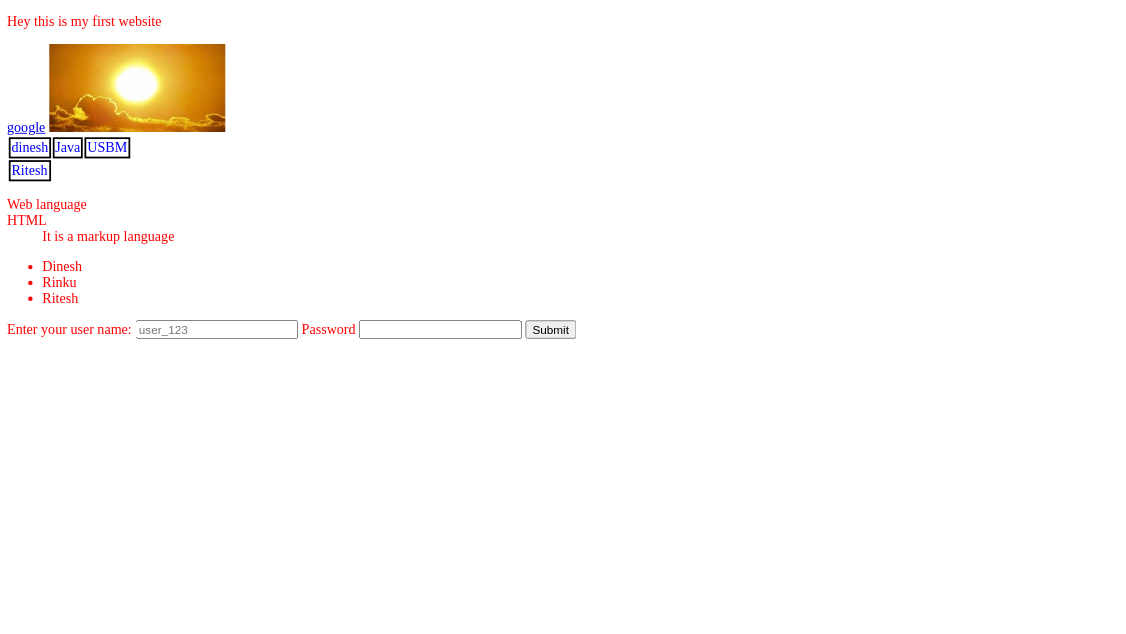
Repository: diensy/Web_dev
Page: First_class/index.html
The author's editor kept a copy of each file at every save. The page is drawn from the files as they stood at one save, then again after a run of saves.
The browser window is 1280 px wide. The pictures show the whole page, at 88% of full size.

Above is the page before, as saved 2024-05-16 20:17:29.

### First_class/index.html
<!DOCTYPE html>
<html lang="en">
  <head>
    <meta charset="UTF-8" />
    <meta name="viewport" content="width=device-width, initial-scale=1.0" />
    <title>First</title>
    <link rel="stylesheet" href="style.css" />
  </head>
  <body>
    <p>Hey this is my first website</p>
    <a target="_blank" href="https://www.google.com">google</a>
    <img
      src="data:[embedded picture, 5555 characters]"
      alt="Sun"
      width="200px"
      height="100px"
    />
    <table>
      <tr>
        <td>dinesh</td>
        <td>Java</td>
        <td>USBM</td>
      </tr>
      <tr>
        <td>Ritesh</td>
      </tr>
    </table>
    <dl>
      Web language
      <dt>HTML</dt>
      <dd>It is a markup language</dd>
    </dl>
    <header>
      <nav>
        <ul>
          <li>Dinesh</li>
          <li>Rinku</li>
          <li>Ritesh</li>
        </ul>
      </nav>
    </header>
    <form action="POST">
      <label for="username" autofocus>Enter your user name: </label>
      <input type="text" id="username" placeholder="user_123" maxlength="10" />
      <label for="pass">Password</label>
      <input type="text" required id="pass" />
      <input type="submit" id submit />
    </form>
    <script src="script.js"></script>
  </body>
</html>

### First_class/style.css
body {
  color: red;
}
td {
  border: solid black 2px;
  color: blue;
}

### First_class/script.js
alert("First WebDevelopment Course")

After the next 3 saves:
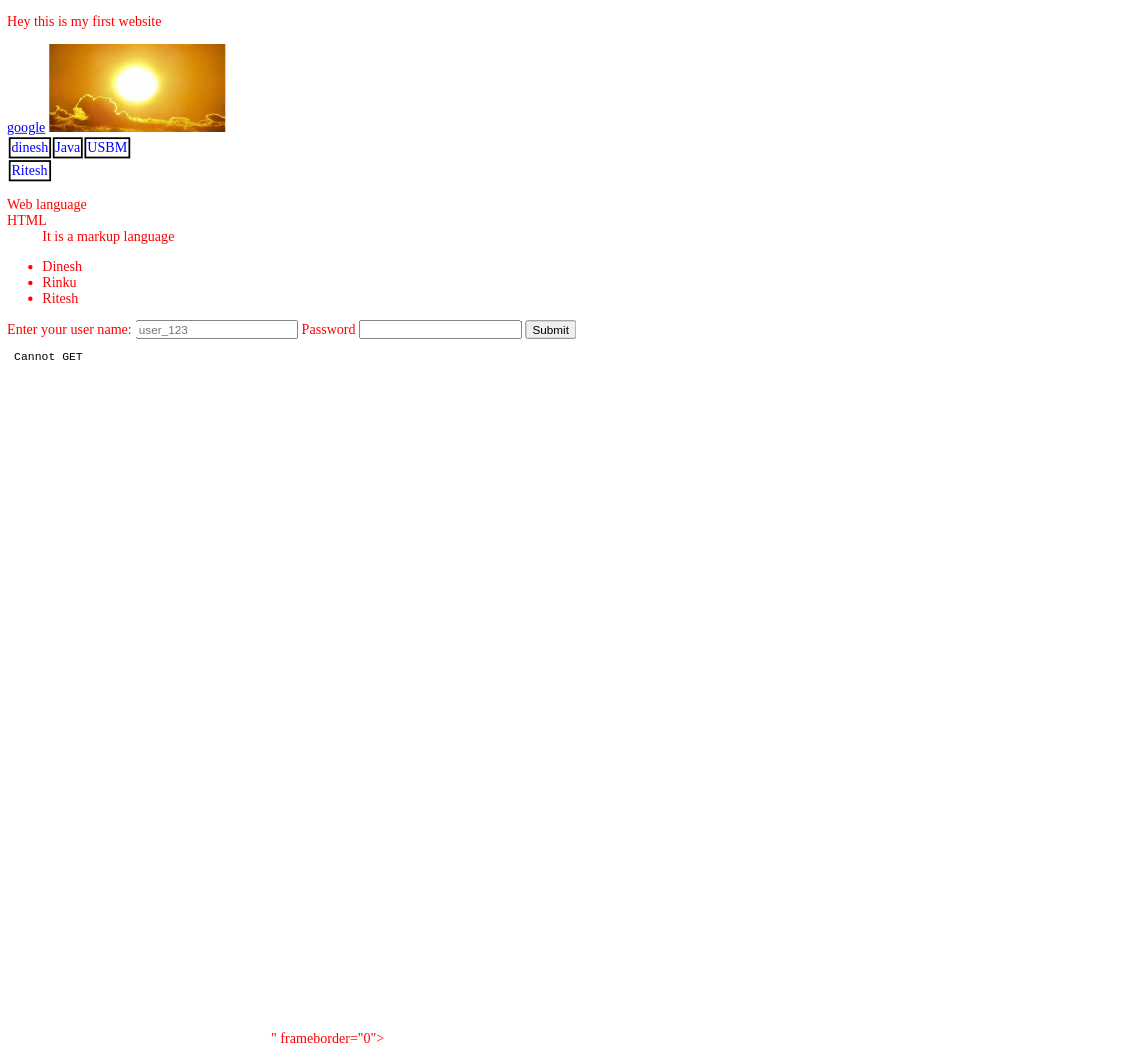
Not found: First_class/<iframe width=
The 3 saves are shown as one change because they came seconds apart.
The last was saved 26 h 48 min later.
--- a/First_class/index.html
+++ b/First_class/index.html
@@ -46,6 +46,7 @@
       <input type="text" required id="pass" />
       <input type="submit" id submit />
     </form>
+    <iframe src="<iframe width="1280" height="800" src="https://www.youtube.com/embed/anGMeDGvZhw" title="Exercise 1 - Solution &amp; Shoutouts | Sigma Web Development Course - Tutorial #16" frameborder="0" allow="accelerometer; autoplay; clipboard-write; encrypted-media; gyroscope; picture-in-picture; web-share" referrerpolicy="strict-origin-when-cross-origin" allowfullscreen></iframe>" frameborder="0"></iframe>
     <script src="script.js"></script>
   </body>
 </html>
